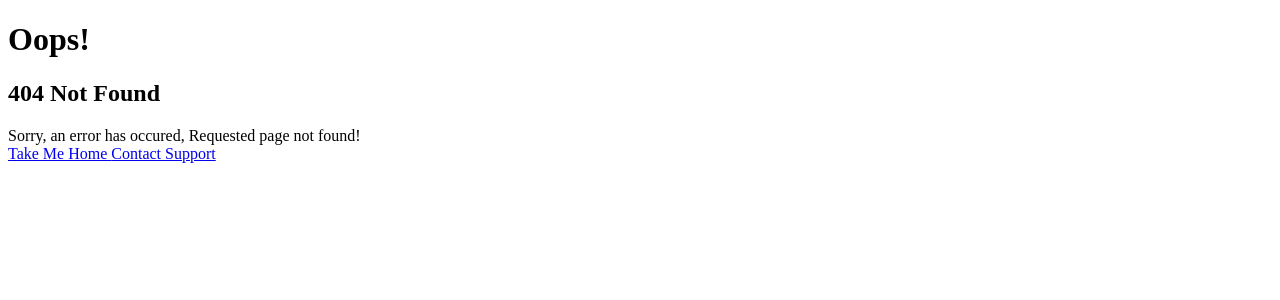
Repository: team-alpha-cdac/cdac-project-280719
Page: http://localhost/error
These files come from the project's save history. The page is drawn as it stood at one moment and after the next save; the edit follows.
The browser window is 1280 px wide. The pictures show the whole page.
Some web libraries are served in a nearby version. The page is this project's Thymeleaf template; nobody is signed in. The template is opened directly, without the code that normally fills it, so the values that code supplies are empty.

Above is the page before, as saved 2019-07-30 12:01:55.

### cdac-project/src/main/resources/templates/error.html
<!DOCTYPE html>
<html>
<head>
</head>
<body>

<div class="container">
    <div class="row">
        <div class="col-md-12">
            <div class="error-template">
                <h1>
                    Oops!</h1>
                <h2>
                    404 Not Found</h2>
                <div class="error-details">
                    Sorry, an error has occured, Requested page not found!
                </div>
                <div class="error-actions">
                    <a href="http://www.jquery2dotnet.com" class="btn btn-primary btn-lg"><span class="glyphicon glyphicon-home"></span>
                        Take Me Home </a><a href="http://www.jquery2dotnet.com" class="btn btn-default btn-lg"><span class="glyphicon glyphicon-envelope"></span> Contact Support </a>
                </div>
            </div>
        </div>
    </div>
</div>

</body>
</html>

After the next save:
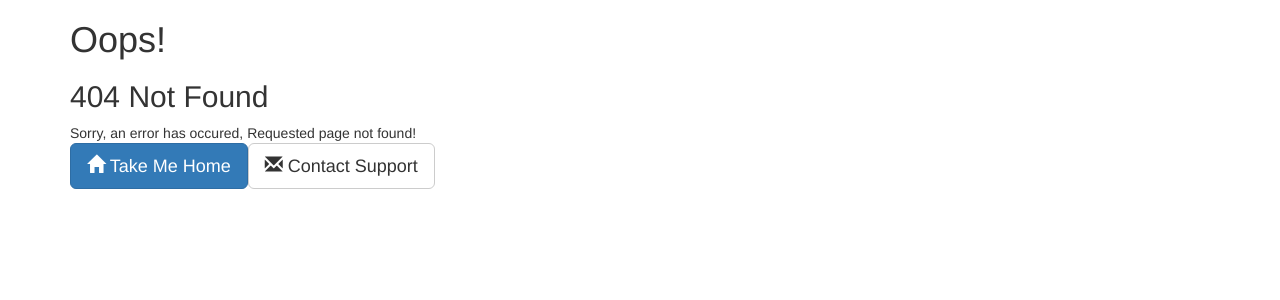
Console error (its wording comes from the project's code and is left out).
Saved 23 s later.
--- a/cdac-project/src/main/resources/templates/error.html
+++ b/cdac-project/src/main/resources/templates/error.html
@@ -1,6 +1,9 @@
 <!DOCTYPE html>
 <html>
 <head>
+<link href="//netdna.bootstrapcdn.com/bootstrap/3.0.0/css/bootstrap.min.css" rel="stylesheet" id="bootstrap-css" />
+<script src="//netdna.bootstrapcdn.com/bootstrap/3.0.0/js/bootstrap.min.js"></script>
+<script src="//code.jquery.com/jquery-1.11.1.min.js"></script>
 </head>
 <body>
 
